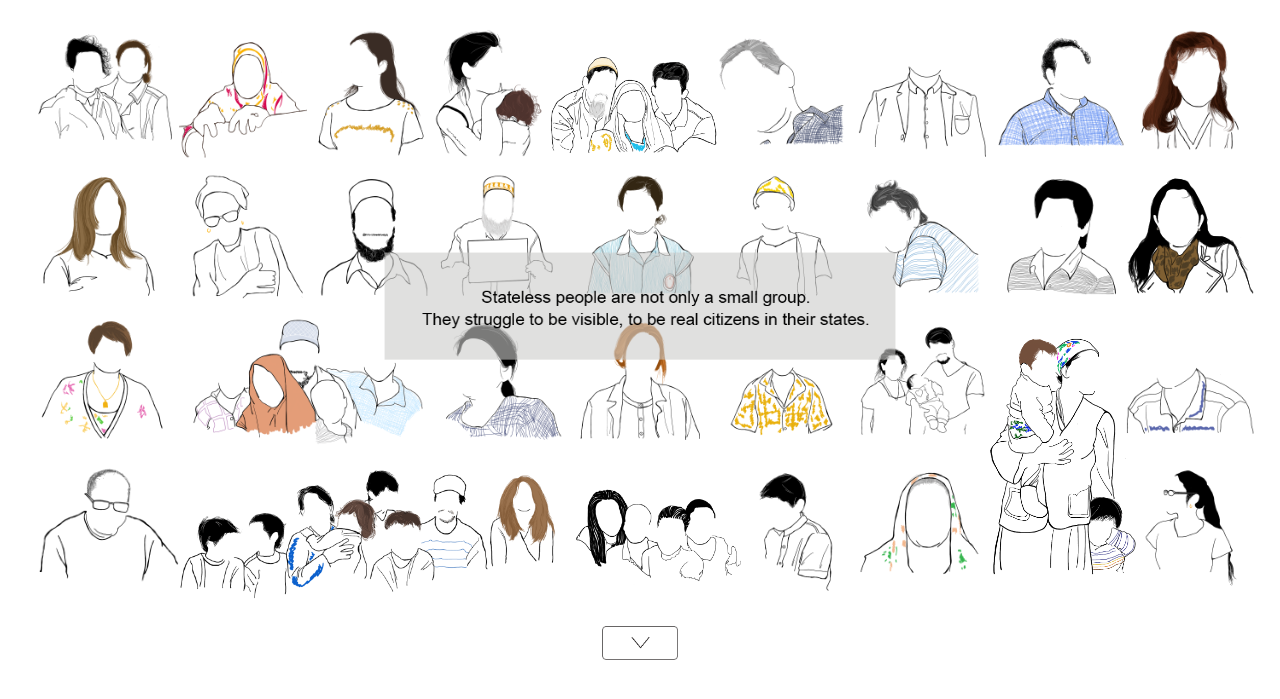
Repository: Lettie123/webpr4
Page: 02.html
An editor plug-in stored every save of this project. The page is shown before and after the next save, followed by the edit.
The browser window is 1280 px wide. The pictures show the whole page.

Above is the page before, as saved 2020-12-03 13:02:46.

After the next save:
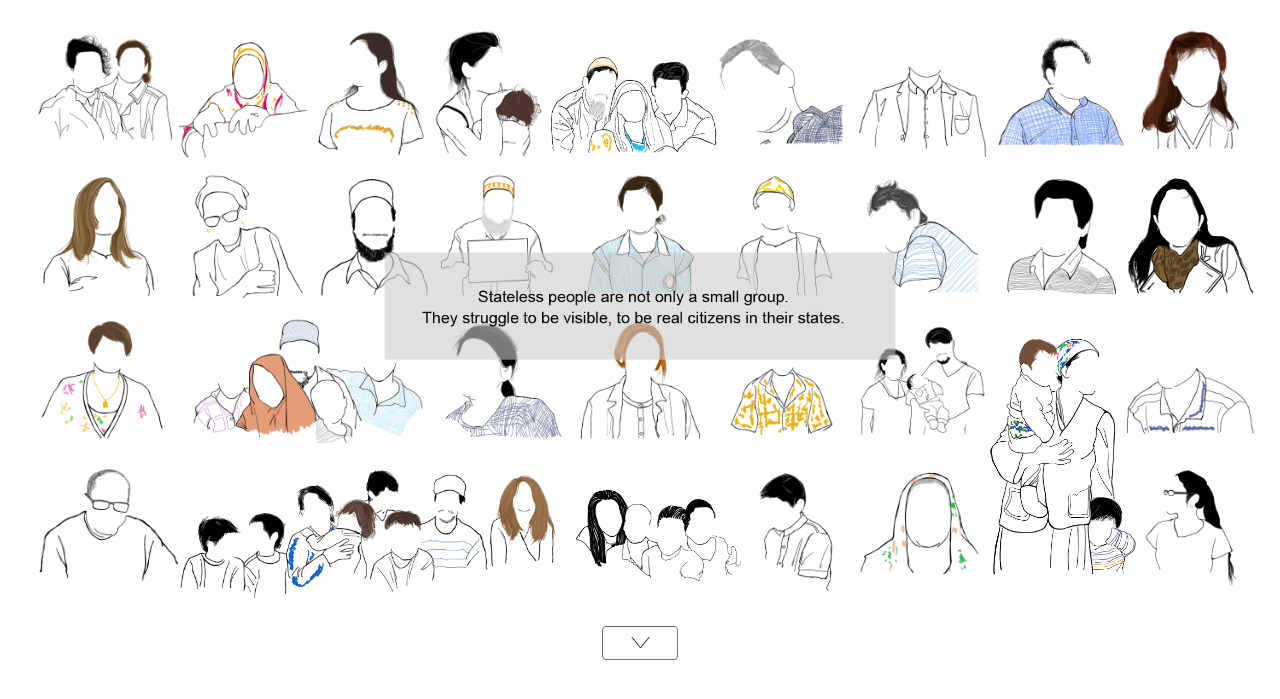
Saved 69 s later.
--- a/02.html
+++ b/02.html
@@ -118,7 +118,7 @@
             <div id="block" style= "width:40%; height:20%; position:absolute; top: 35%; left: 30%;">
                 <img src="txt/block.png" style="width:100%;">
             </div>
-            <div id="t1" style= "width:35%; height:15%; position:absolute; top: 80%; left: 33%;">
+            <div id="t1" style= "width:33%; height:15%; position:absolute; top: 80%; left: 33%;">
                 <img src="txt/h02.png" style="width:100%;">
             </div>
          </div>
